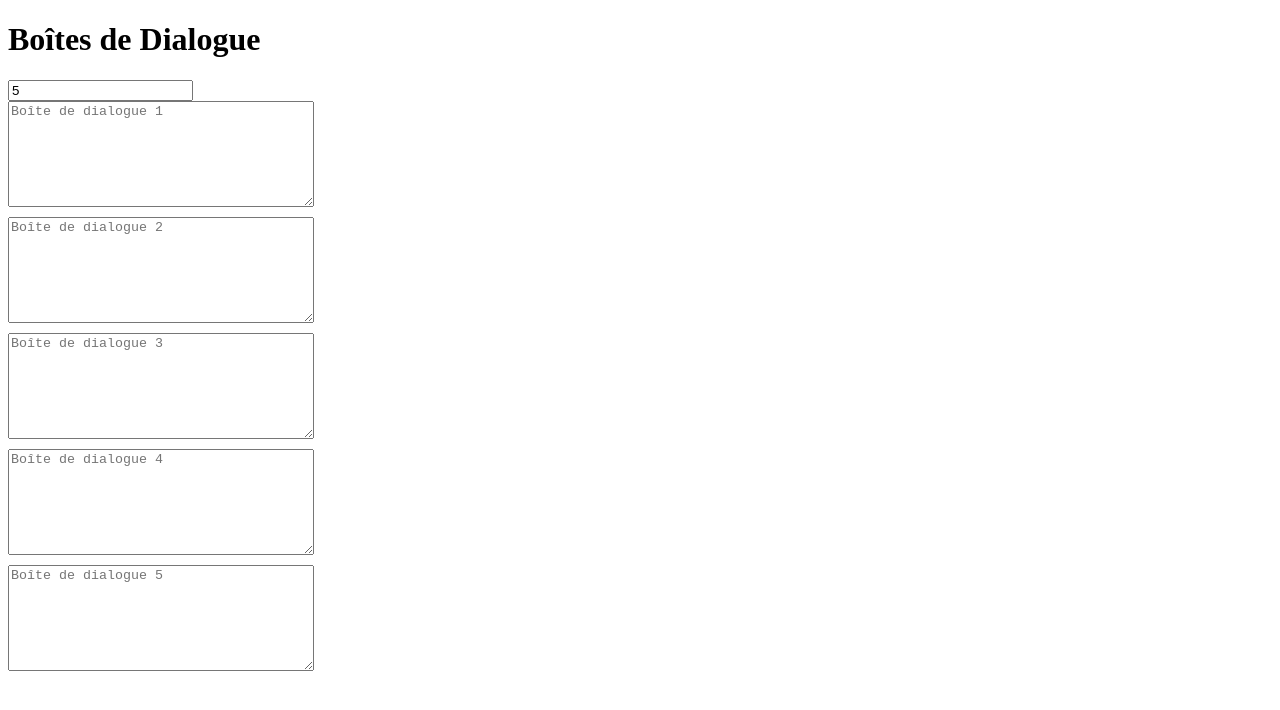
Repository: Dispasim/API2
Page: http://localhost/test/
These files come from the project's save history. The page is drawn as it stood at one moment and after the next save; the edit follows.
The browser window is 1280 px wide. The pictures show the whole page.
Empty fields were first filled with sample values (such as "Sample", 5 or name@example.com).
After loading, the first visible `#nombre_boites` was changed once.
The page is served by the project's application, run on Django 4.2 (manage.py). Other server files are loaded and not shown.

Above is the page before, as saved 2023-11-11 21:02:21.

### templates/projet/test.html
<!DOCTYPE html>
<html>
<head>
    <title>Boîtes de Dialogue</title>
    <style>
        /* Style pour que les textarea apparaissent les unes en dessous des autres */
        #boites-container textarea {
            display: block;
            margin-bottom: 10px; /* Ajouter une marge entre chaque boîte de dialogue */
            width: 300px; /* Définir la largeur de la boîte de dialogue */
            height: 100px;
        }
    </style>
</head>
<body>
    <h1>Boîtes de Dialogue</h1>
    <input type="number" id="nombre_boites" name="nombre_boites" value="{{ nombre_boites }}">
    <div id="boites-container"></div>

    <script>
        function genererBoites() {
            var nombreBoites = document.getElementById("nombre_boites").value;
            var conteneur = document.getElementById("boites-container");
            conteneur.innerHTML = '';

            for (var i = 0; i < nombreBoites; i++) {
                var textarea = document.createElement("textarea");
                textarea.placeholder = "Boîte de dialogue " + (i + 1);
                conteneur.appendChild(textarea);
            }
        }

        document.getElementById("nombre_boites").addEventListener("input", genererBoites);
        genererBoites();
    </script>
</body>
</html>

### core/urls.py

from django.contrib import admin
from django.urls import path, include

urlpatterns = [
    path('admin/', admin.site.urls),
    path('',include('projet.urls', namespace='projet')),
    path('api/',include('projet_api.urls', namespace='projet_api'))
]

### projet/urls.py
from django.urls import path
from django.views.generic import TemplateView
#from .views import AccueilView

app_name = 'projet'

urlpatterns = [
    path('',TemplateView.as_view(template_name="projet/site.html")),
    path('test/',TemplateView.as_view(template_name="projet/test.html")),
    #path('<int:nombre_boites>/',accueil,TemplateView.as_view(template_name="projet/index.html")),
    #path('<int:nombre_boites>/', accueil, name='template/projet/index.html'),
    #path('',AccueilView.as_view(template_name="projet/index.html"))
    #path('<int:nombre_boites>/', AccueilView.as_view(), name='accueil')
]

### projet_api/urls.py
from django.urls import path
from .views import OrderList, OrderDetail

app_name = 'projet_api'

urlpatterns = [
    path('<int:pk>/',OrderDetail.as_view(),name='detailcreate'),
    path('',OrderList.as_view(), name='listcreate')
]

After the next save:
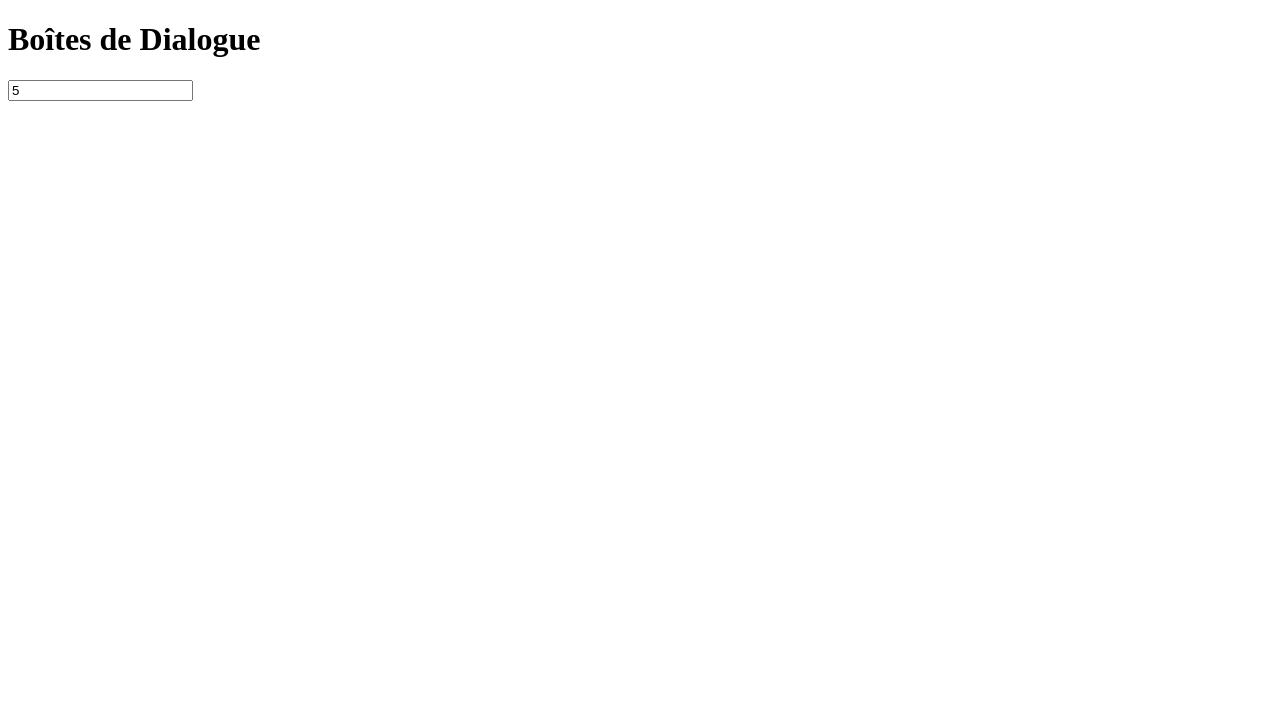
Console error: ReferenceError: testarea is not defined
Saved 2 h 49 min later.
--- a/templates/projet/test.html
+++ b/templates/projet/test.html
@@ -6,17 +6,18 @@
         /* Style pour que les textarea apparaissent les unes en dessous des autres */
         #boites-container textarea {
             display: block;
-            margin-bottom: 10px; /* Ajouter une marge entre chaque boîte de dialogue */
-            width: 300px; /* Définir la largeur de la boîte de dialogue */
+            margin-bottom: 10px;
+            width: 300px;
             height: 100px;
         }
     </style>
 </head>
 <body>
-    <h1>Boîtes de Dialogue</h1>
-    <input type="number" id="nombre_boites" name="nombre_boites" value="{{ nombre_boites }}">
-    <div id="boites-container"></div>
-
+    <form method="post">
+        <h1>Boîtes de Dialogue</h1>
+        <input type="number" id="nombre_boites" name="nombre_boites" value="{{ nombre_boites }}">
+        <div id="boites-container"></div>
+    </form>
     <script>
         function genererBoites() {
             var nombreBoites = document.getElementById("nombre_boites").value;
@@ -26,6 +27,7 @@
             for (var i = 0; i < nombreBoites; i++) {
                 var textarea = document.createElement("textarea");
                 textarea.placeholder = "Boîte de dialogue " + (i + 1);
+                testarea.id = "subtrade${%i+1})"
                 conteneur.appendChild(textarea);
             }
         }
@@ -33,5 +35,6 @@
         document.getElementById("nombre_boites").addEventListener("input", genererBoites);
         genererBoites();
     </script>
+
 </body>
 </html>

After the 5 saves that followed:
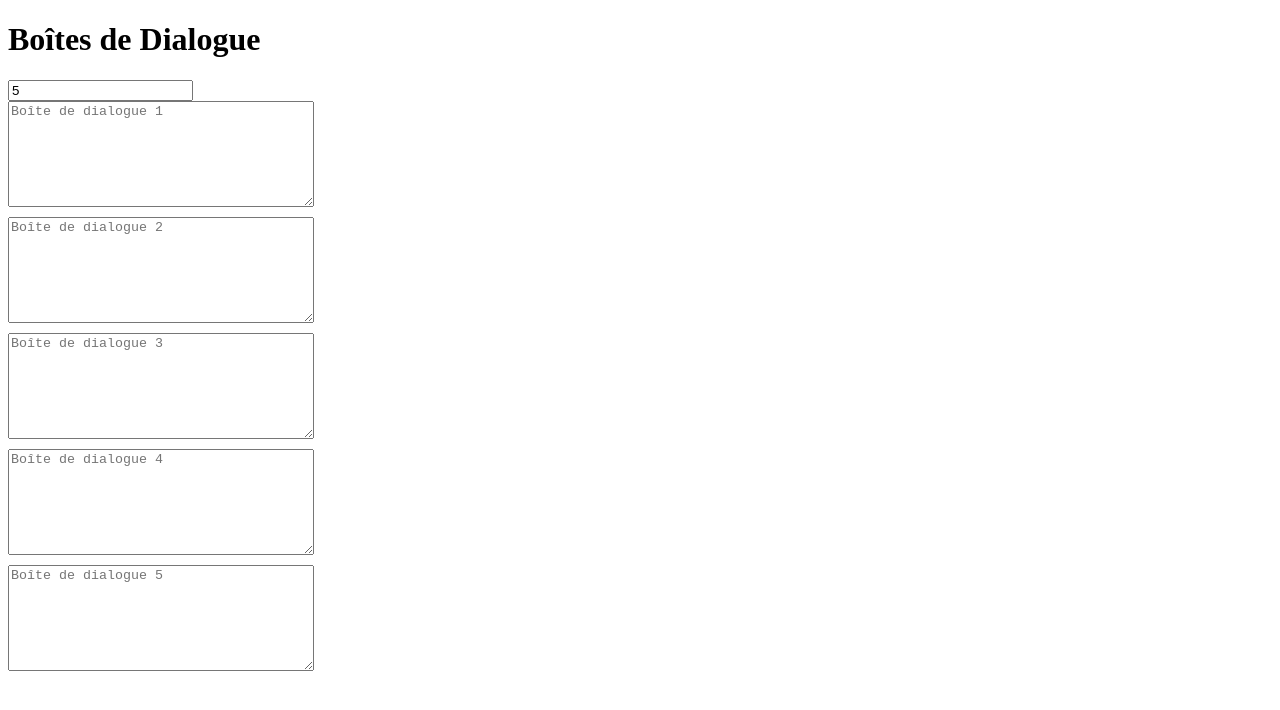
The error is gone.
The 5 saves are shown as one change because 4 left the picture as it was.
The last was saved 2 min 24 s later.
--- a/templates/projet/test.html
+++ b/templates/projet/test.html
@@ -27,7 +27,7 @@
             for (var i = 0; i < nombreBoites; i++) {
                 var textarea = document.createElement("textarea");
                 textarea.placeholder = "Boîte de dialogue " + (i + 1);
-                testarea.id = "subtrade${%i+1})"
+                //testarea.id = "subtrade" + (i+1)
                 conteneur.appendChild(textarea);
             }
         }
